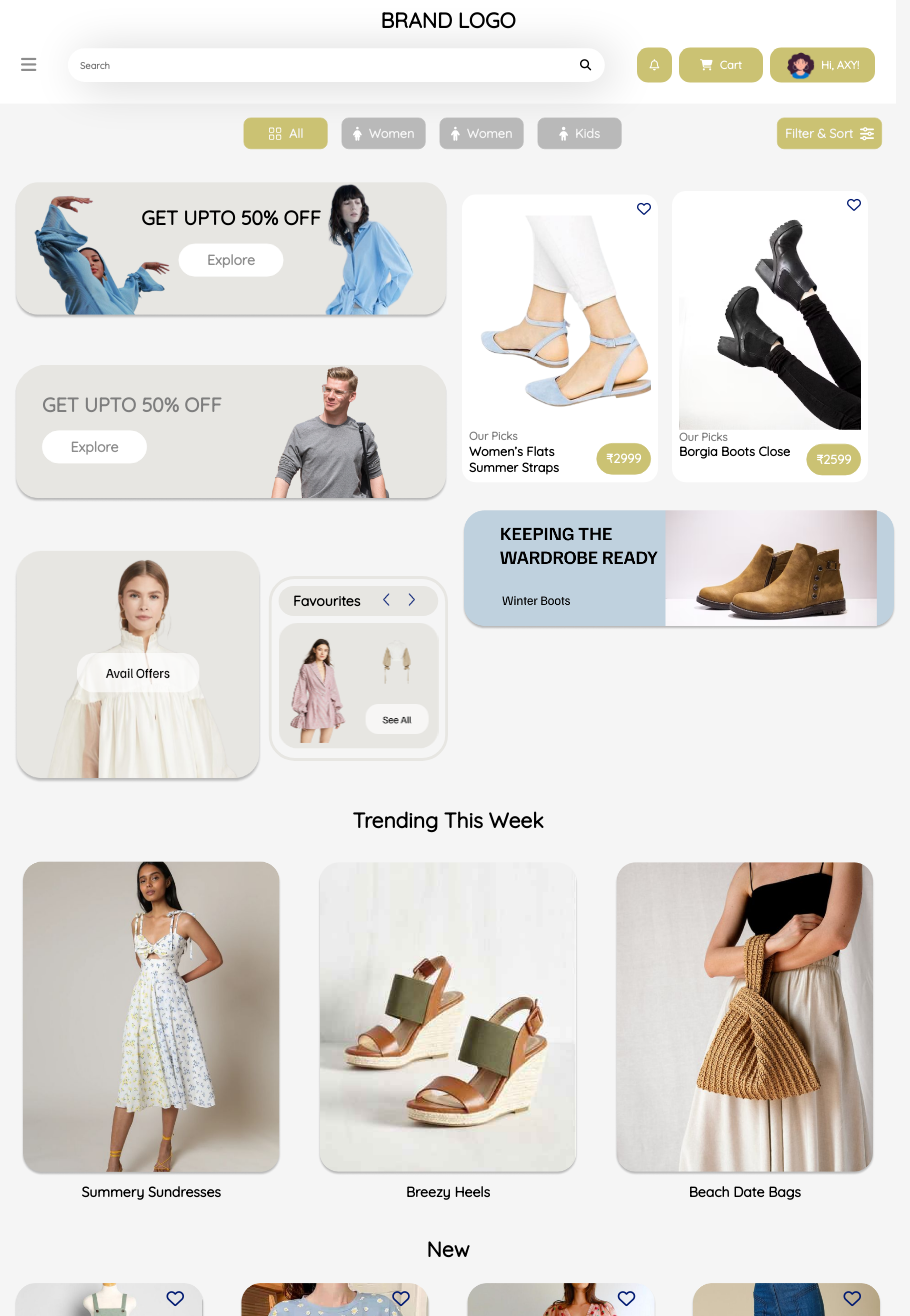
Repository: FlyweisReact/Jaspal
Page: /homepage
These files come from the project's save history. The page is drawn as it stood at one moment and after the next save; the edit follows.
The browser window is 1280 px wide. The page is 1300 px wide, so the pictures cover 1300 px, including what lies to the right of the window. The pictures show the part of the page from y = 0 to 1880 px (the page is 2569 px tall before and 2570 px after), at 70% of full size.
Some web libraries are served in a nearby version. The project was rebuilt for these pictures with package versions that can differ from the ones it lists, and the page was loaded fresh each time. Also part of the build but not shown: src/Pages/Login/Login.js.

Above is the page before, as saved 2023-08-19 12:41:59.

After the next save:
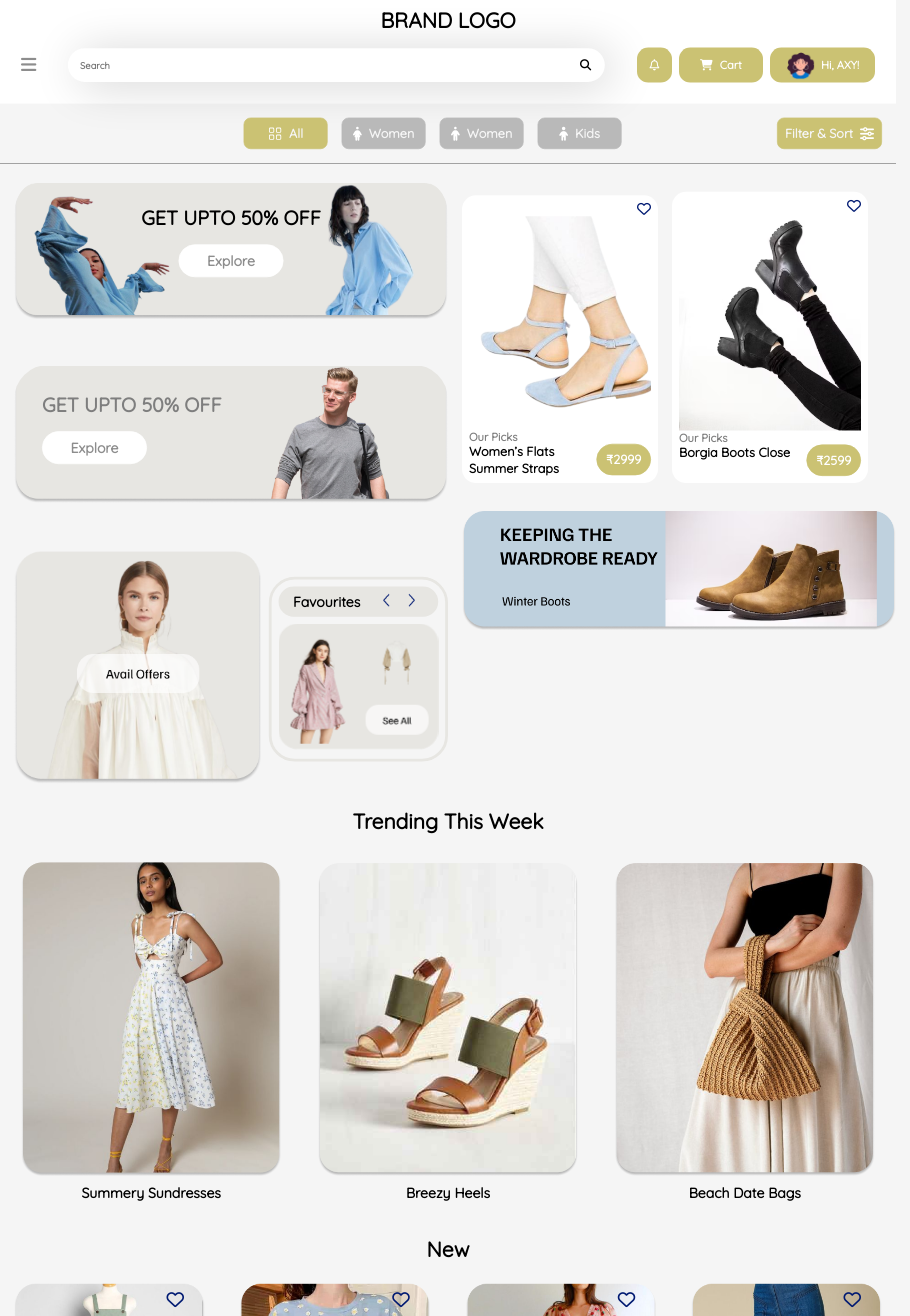
Saved 7 s later.
--- a/src/CSS/Footer.css
+++ b/src/CSS/Footer.css
@@ -60,7 +60,8 @@
   line-height: normal;
 }
 
-.Filter-C .empty{
-background-color: #7e7e7e;
+.Filter-C .empty {
+  background-color: #7e7e7e;
+  height: 1px;
 
 }
